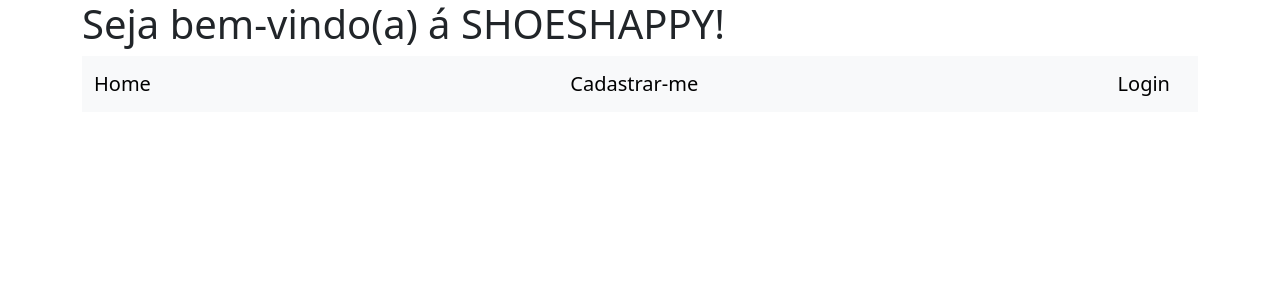
Repository: DianeMascarello/Uc09Senai
Page: http://localhost/SA3Uc09/
The author's editor kept a copy of each file at every save. The page is drawn from the files as they stood at one save, then again after the next save.
The browser window is 1280 px wide. The pictures show the whole page.
The page is served by Tomcat 10.

Above is the page before, as saved 2023-08-14 01:41:00.

After the next save:
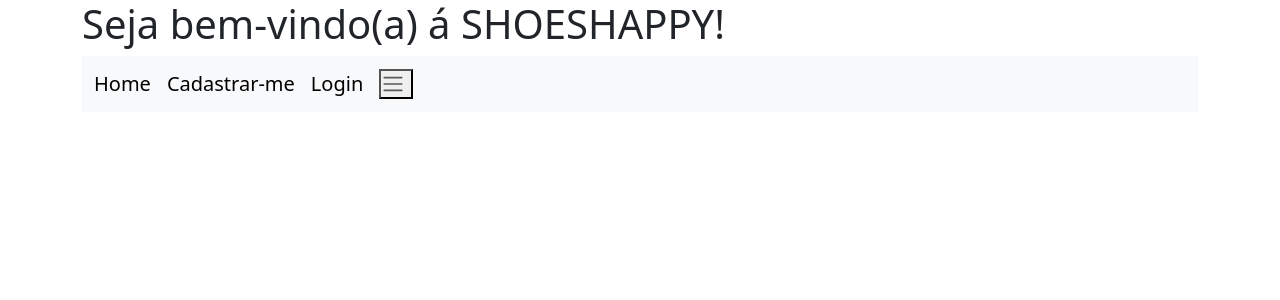
Saved 3 min 24 s later.
--- a/SA3Uc09/src/main/webapp/index.jsp
+++ b/SA3Uc09/src/main/webapp/index.jsp
@@ -34,7 +34,7 @@
 					<span class="navbar-toggler-icon"></span>
 				</button>
 				<a class="navbar-brand" href="Login.jsp">Login</a>
-				<button class="navbar-toggler" type="button"
+				<button class="navbar-nav me-auto mb-2 mb-lg-0" type="button"
 					data-bs-toggle="collapse" data-bs-target="#navbarSupportedContent"
 					aria-controls="navbarSupportedContent" aria-expanded="false"
 					aria-label="Toggle navigation">
